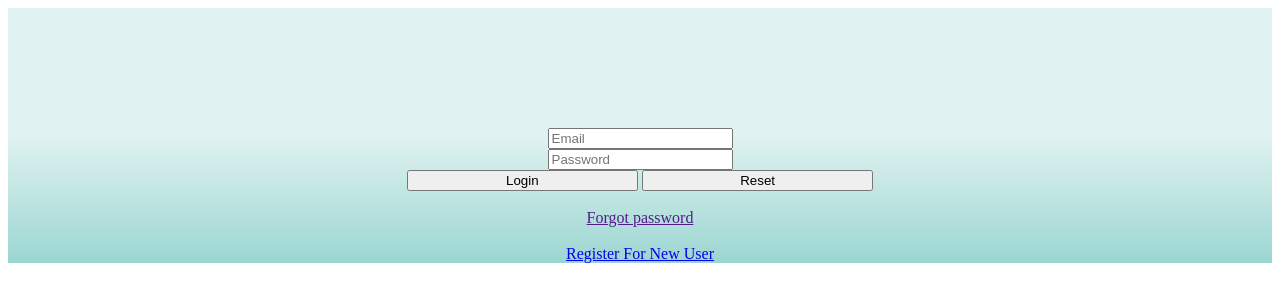
Repository: Indurupi/FriendZone
Page: FriendZoneFrontEnd/WebContent/js/service/login.html
An editor plug-in stored every save of this project. The page is shown before and after the next save, followed by the edit.
The browser window is 1280 px wide. The pictures show the whole page.

Above is the page before, as saved 2017-03-21 10:06:48.

### FriendZoneFrontEnd/WebContent/js/service/login.html
<!DOCTYPE html>
<html>
<head>
<meta charset="ISO-8859-1">
<title>Friendzone</title>
<style type="text/css">
body
{

}
#loginpage {
	background: linear-gradient(to bottom, #e0f2f1 50%, #80cbc4 120%);
	color: #ffffff;
	height: 91%;
	padding-top: 100px;
}
</style>
</head>
<body ng-app="friendzoneApp">
	<div align="center" id="loginpage" ng-controller="logincontrol as lgc">
		<form style="padding-top: 20px" ng-submit="lgc.login()" method="post">
			<div class="input-group" id="LoginUsername">
				<span class="input-group-addon" id="basic-addon1">
					<div class="glyphicon glyphicon-user"></div>
				</span> <input type="text" class="form-control" placeholder="Email"
					aria-describedby="basic-addon1" required="required" ng-model="lgc.user1.emailid" />
			</div>

			<div class="input-group">
				<span class="input-group-addon" id="basic-addon1">
					<div class="glyphicon glyphicon-lock"></div>
				</span> <input type="password" class="form-control" placeholder="Password"
					aria-describedby="basic-addon1" required="required" ng-model="lgc.user1.password" />
			</div>


			<button class="btn" id="custom-button" style="width: 18.3%"
				type="submit">Login</button>
			<button class="btn" id="custom-button" style="width: 18.3%"
				type="reset">Reset</button>
			<br> <br> <a href="">Forgot password</a> <br>
			<br> <a href="#signup">Register For New User</a>
		</form>
	</div>
</body>
</html>

After the next save:
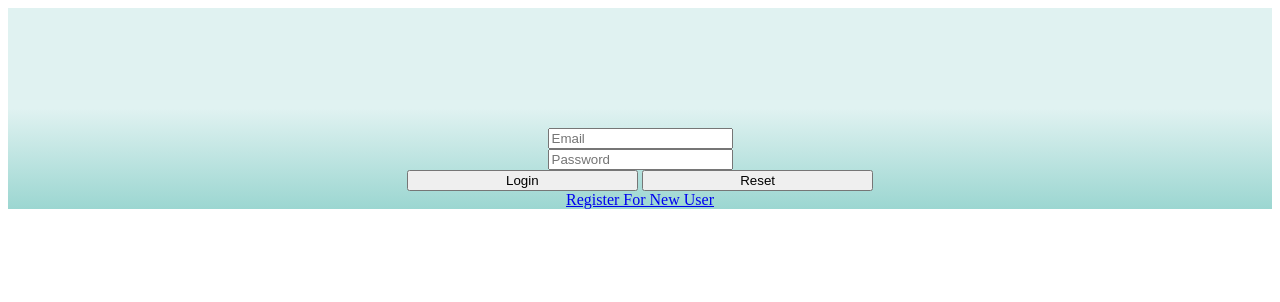
Saved 17 s later.
--- a/FriendZoneFrontEnd/WebContent/js/service/login.html
+++ b/FriendZoneFrontEnd/WebContent/js/service/login.html
@@ -38,7 +38,7 @@ body
 				type="submit">Login</button>
 			<button class="btn" id="custom-button" style="width: 18.3%"
 				type="reset">Reset</button>
-			<br> <br> <a href="">Forgot password</a> <br>
+<!-- 			<br> <br> <a href="">Forgot password</a> <br> -->
 			<br> <a href="#signup">Register For New User</a>
 		</form>
 	</div>
